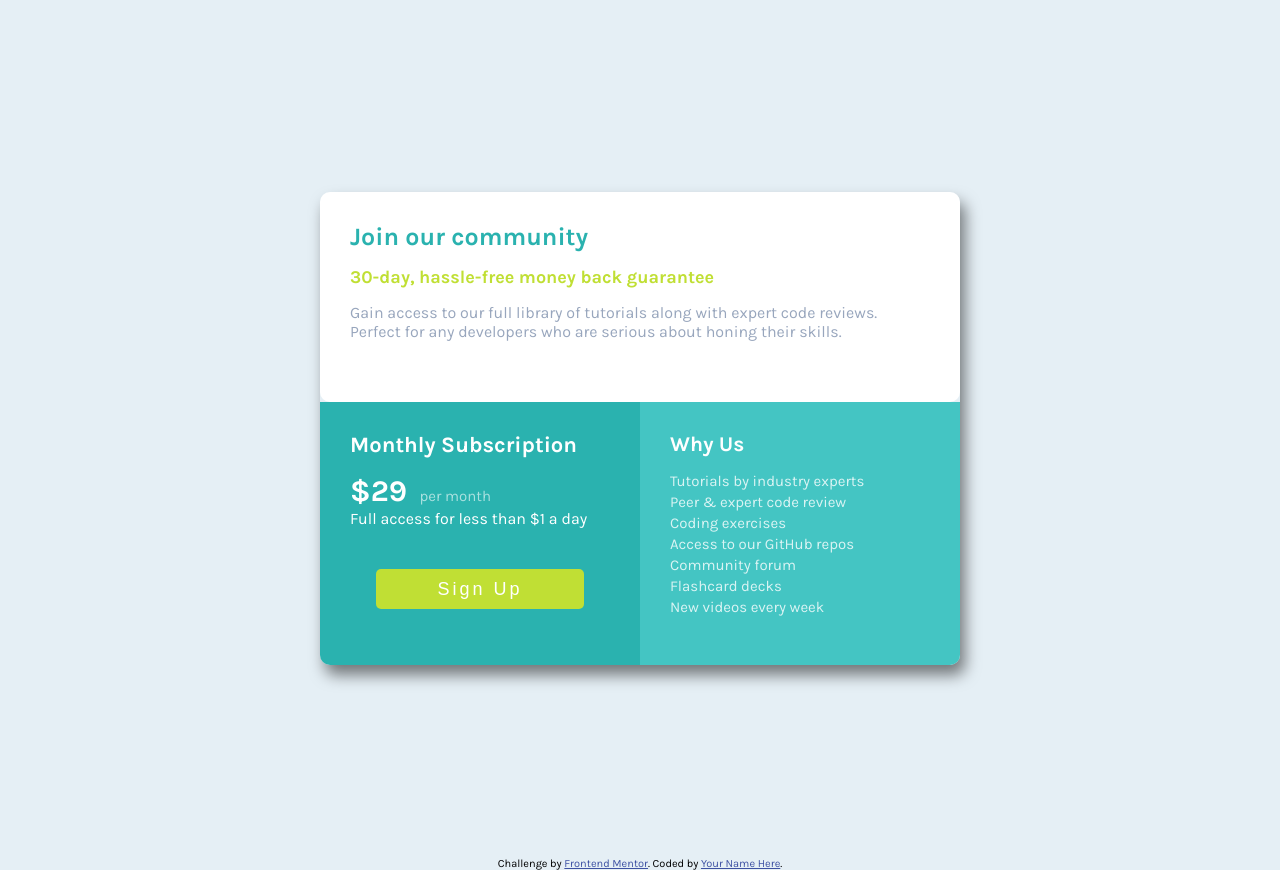
Repository: Pedrohamoura-Git/Frontend-Mentor-Challenges
Page: Newbie/single-price-grid-component-master/index.html
The author's editor kept a copy of each file at every save. The page is drawn from the files as they stood at one save, then again after the next save.
The browser window is 1280 px wide. The pictures show the whole page.

Above is the page before, as saved 2021-05-31 16:02:15.

### Newbie/single-price-grid-component-master/index.html
<!DOCTYPE html>
<html lang="en">
<head>
  <meta charset="UTF-8">
  <meta name="viewport" content="width=device-width, initial-scale=1.0"> <!-- displays site properly based on user's device -->

  <link rel="stylesheet" href="css/style.css">
  <title>Frontend Mentor | Single Price Grid Component</title>

  <!-- Feel free to remove these styles or customise in your own stylesheet 👍 -->
  <style>
    .attribution { font-size: 11px; text-align: center; }
    .attribution a { color: hsl(228, 45%, 44%); }
  </style>
</head>
<body>
  <div id="wrapper">
    <header id="card1">
      <h1>Join our community</h1>
      <h2>30-day, hassle-free money back guarantee</h2>
      <p>Gain access to our full library of tutorials along with expert code reviews. Perfect for any developers who are serious about honing their skills.</p>
    </header>

    <div id="columns">
      <div id="card2">
        <h2>Monthly Subscription</h2>
        <h3 class="price">&dollar;29</h3>
        <span>per month</span>
        <p>Full access for less than &dollar;1 a day</p>

        <form action="#">
          <input type="submit" value="Sign Up" name="Sign Up" id="signup">
          </input>
        </form>
      </div>

      <div id="card3">
        <h2>Why Us</h2>
        <p>Tutorials by industry experts<br>
          Peer &amp; expert code review<br>
          Coding exercises<br>
          Access to our GitHub repos<br>
          Community forum<br>
          Flashcard decks<br>
          New videos every week</p>
      </div>
    </div>

  </div>








  <footer>
    <p class="attribution">
      Challenge by <a href="https://www.frontendmentor.io?ref=challenge" target="_blank">Frontend Mentor</a>.
      Coded by <a href="#">Your Name Here</a>.
    </p>
  </footer>
</body>
</html>

### Newbie/single-price-grid-component-master/css/style.css
/*
** Core Formatting
*/
    @import url('https://fonts.googleapis.com/css2?family=Karla:wght@400;700&display=swap');

    * {
        padding: 0;
        margin: 0;
        box-sizing: border-box;
    }

    html {
        font-size: 62.5%;
    }

    body {
        background-color: hsl(204, 43%, 93%);
        font-family: Karla;
    }


/*
** Mobile - Wrapper
*/
    #wrapper {
        border-radius: 1rem;
        box-shadow: 5px 10px 15px rgba(0, 0, 0, .5);
        display: grid;
        grid-template-rows: repeat(auto-fit, minmax(200px, 1fr));
        margin: 15% auto;
        width: 90%;

        /* border: 1px solid red; */
    }

    #card1, #card2, #card3 {
        padding: 1.5rem;
        min-height: 210px;
    }

    /*
    ** Card 1
    */
        #card1 {
            background-color: white;
            border-radius: 1rem;
        }

        #card1 h1 {
            color: hsl(179, 62%, 43%);
            font-size: 2.5rem;
            margin-bottom: 1.5rem;
        }

        #card1 h2 {
            color: hsl(71, 73%, 54%);
            font-size: 1.8rem;
            margin-bottom: 1.5rem;
        }

        #card1 p {
            margin-bottom: 1.5rem;
            color: hsl(218, 22%, 67%);
            font-size: 1.6rem;
            margin-bottom: 1.5rem;
        }



    /*
    ** Card 2
    */
        #card2 {
            color: white;
            background-color: hsl(179, 62%, 43%);
        }

        #card2 h2 {
            font-size: 2.2rem;
            margin-bottom: 1.5rem;
        }

        #card2 h3.price {
            display: inline;
            font-size: 3rem;
            font-weight: 700;
            margin-bottom: 1.5rem;
        }

        #card2 span {
            font-size: 1.5rem;
            margin-left: 1rem;
            margin-bottom: 1rem;
            opacity: 60%;
        }

        #card2 p {
            font-size: 1.6rem;
            margin-bottom: 1.5rem;
        }

        #card2 form input {
            background-color: hsl(71, 73%, 54%);
            border: none;
            border-radius: .5rem;
            color: white;
            font-size: 1.8rem;
            letter-spacing: .3rem;
            margin: 10%;
            width: 80%;
            height: 4rem;

        }

        #card2 input:hover, input:active {
            background-color: hsl(71, 93%, 62%);
            color: hsl(179, 62%, 43%);
        }





        #card3 {
            background-color: hsl(179, 53%, 52%);
            border-bottom-left-radius: 1rem;
            border-bottom-right-radius: 1rem;
            color: white;
        }

        #card3 h2 {
            font-size: 2.1rem;
            margin-bottom: 1.5rem;
        }

        #card3 p {
            font-size: 1.5rem;
            line-height: 2.1rem;
            opacity: 80%;
        }


    /*
    ** Tablets & Desktops
    */
        @media (min-width: 600px) {
            #wrapper {
                display: block;
                max-width: 640px;

                /* border: 1px solid red; */
            }

            #columns {
                display: grid;
                grid-template-columns: repeat(auto-fit, minmax(50%, 1fr));
            }

            #card1 {
                padding: 3rem;
            }

            #card2 {
                border-bottom-left-radius: 1rem;
                padding: 3rem;

            }

            #card3 {
                border-bottom-left-radius: 0;
                padding: 3rem;
            }

        }

After the next save:
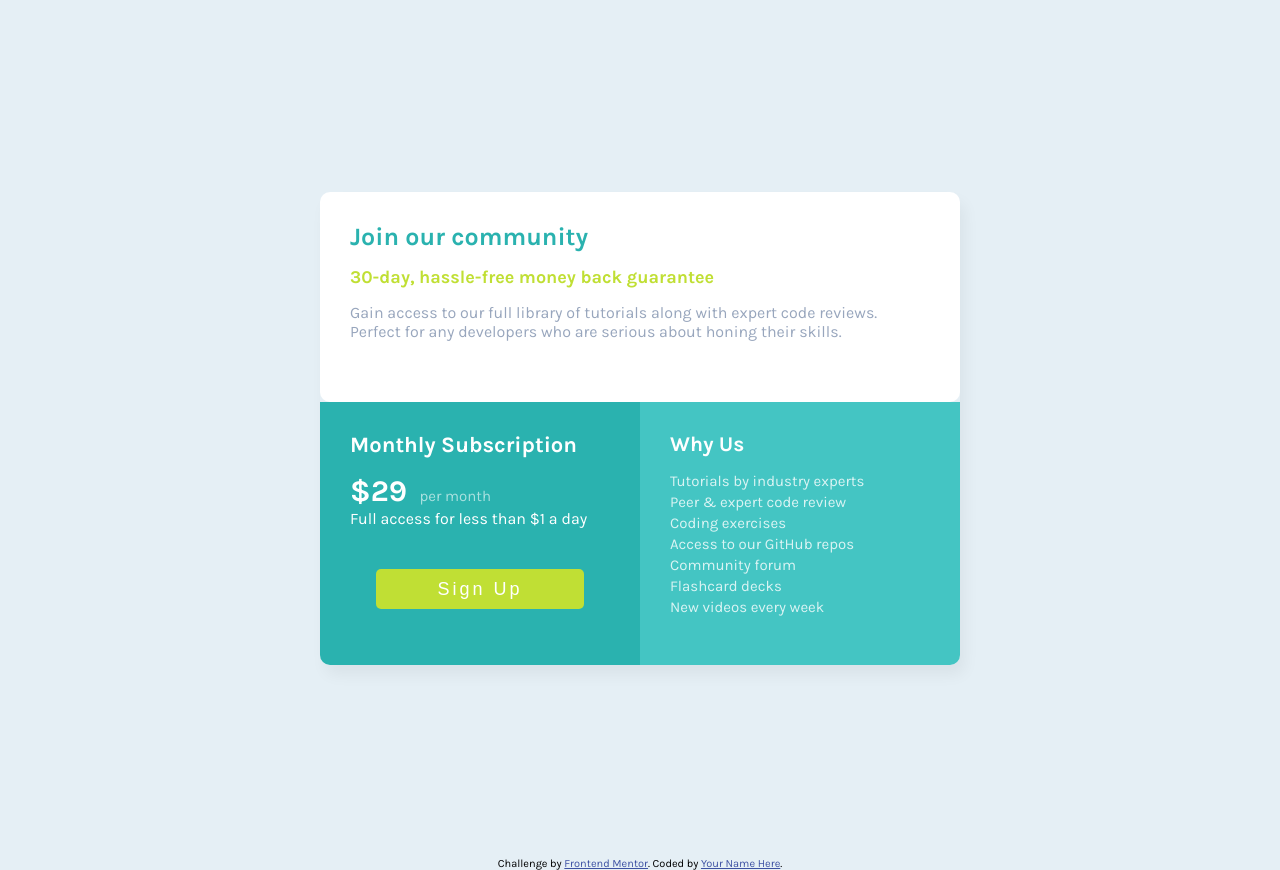
Saved 7 s later.
--- a/Newbie/single-price-grid-component-master/css/style.css
+++ b/Newbie/single-price-grid-component-master/css/style.css
@@ -24,7 +24,7 @@
 */
     #wrapper {
         border-radius: 1rem;
-        box-shadow: 5px 10px 15px rgba(0, 0, 0, .5);
+        box-shadow: 5px 10px 15px rgba(0, 0, 0, .05);
         display: grid;
         grid-template-rows: repeat(auto-fit, minmax(200px, 1fr));
         margin: 15% auto;
